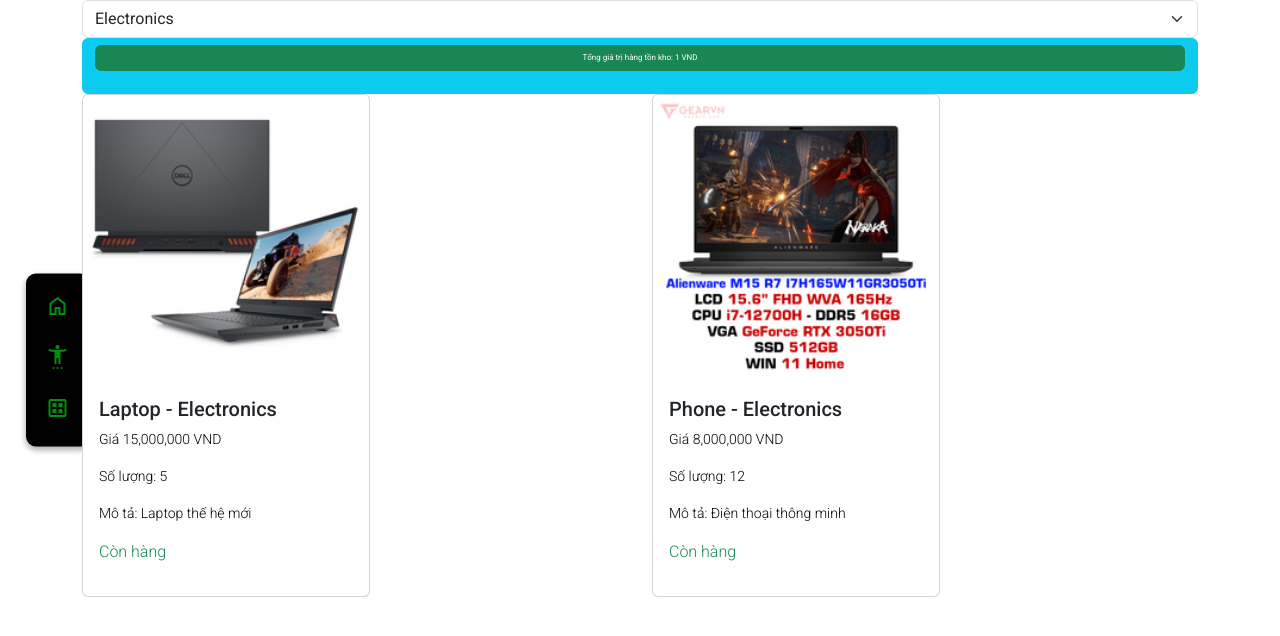
Repository: tuankiet10920/homeworkFEF
Page: /about
The author's editor kept a copy of each file at every save. The page is drawn from the files as they stood at one save, then again after the next save.
The browser window is 1280 px wide. The pictures show the whole page.
The project was rebuilt for these pictures with package versions that can differ from the ones it lists, and the page was loaded fresh each time. Also part of the build but not shown: vite.config.js, src/views/HomeView.vue.

Above is the page before, as saved 2024-10-23 22:37:32.

After the next save:
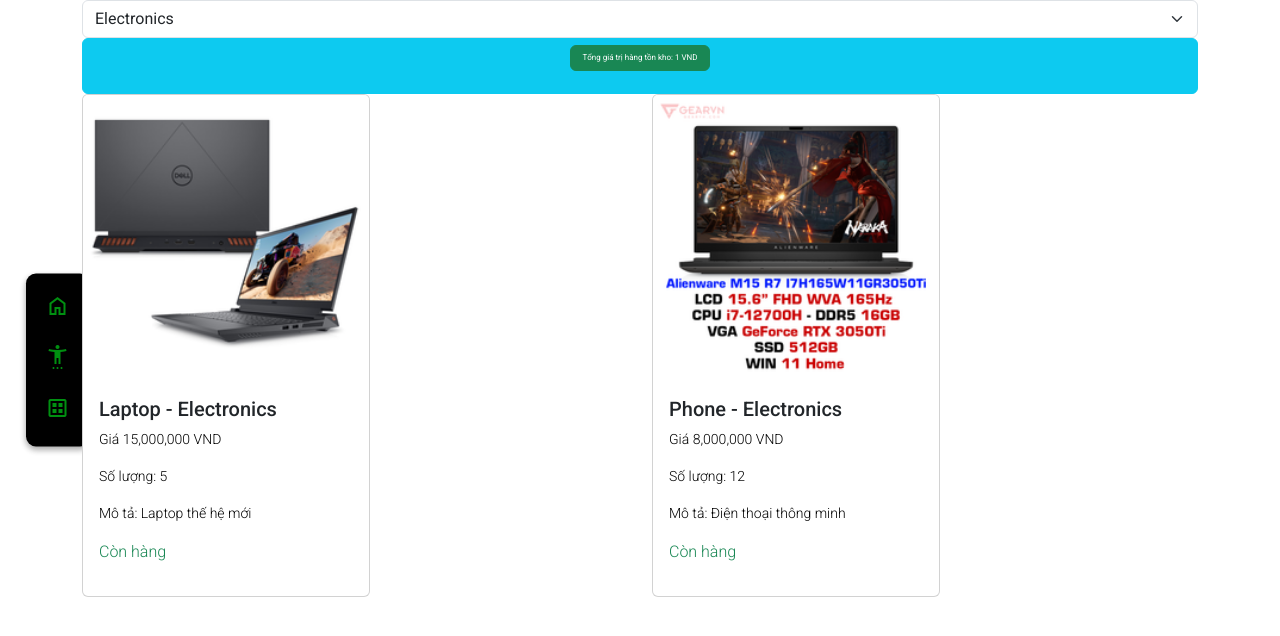
Saved 8 s later.
--- a/src/Labs/Lab3/Bai4.vue
+++ b/src/Labs/Lab3/Bai4.vue
@@ -56,9 +56,7 @@
       <option value="Accessories">Accessories</option>
     </select>
     <div class="btn btn-info" style="width: 100%">
-      <p class="btn btn-success" style="width: 100%">
-        Tổng giá trị hàng tồn kho: 1 VND
-      </p>
+      <p class="btn btn-success">Tổng giá trị hàng tồn kho: 1 VND</p>
     </div>
     <div class="row">
       <div class="col" v-for="item in filterProductList">
